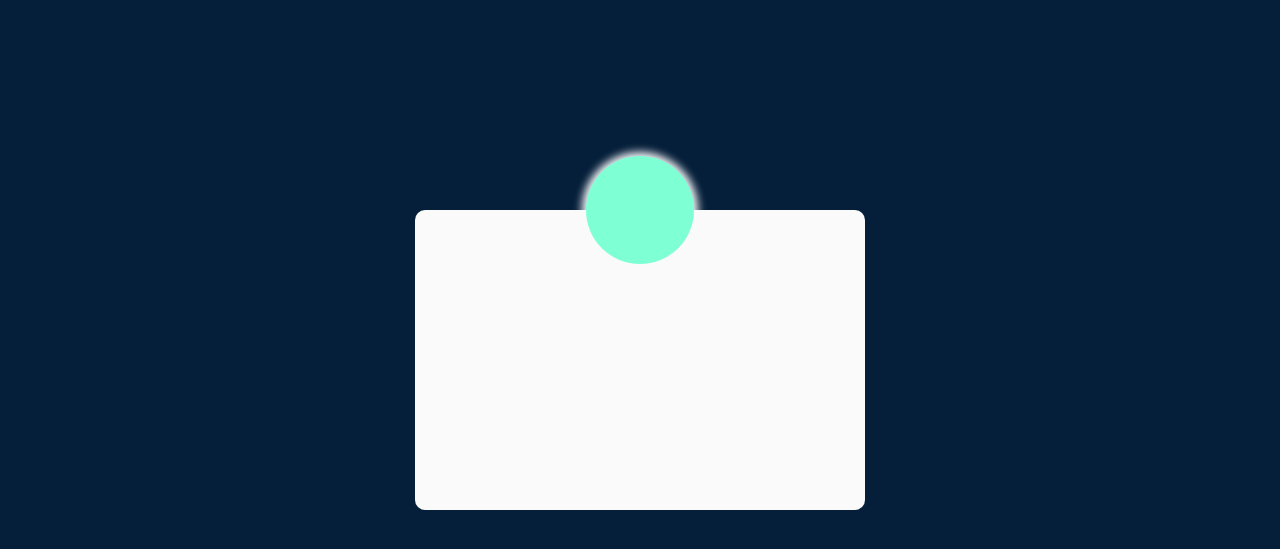
Repository: YTY11/vue_shop
Page: /login
These files come from the project's save history. The page is drawn as it stood at one moment and after the next save; the edit follows.
The browser window is 1280 px wide. The pictures show the whole page.
The project was rebuilt for these pictures with package versions that can differ from the ones it lists, and the page was loaded fresh each time. Also part of the build but not shown: vue.config.js.

Above is the page before, as saved 2021-09-28 15:49:05.

After the next save:
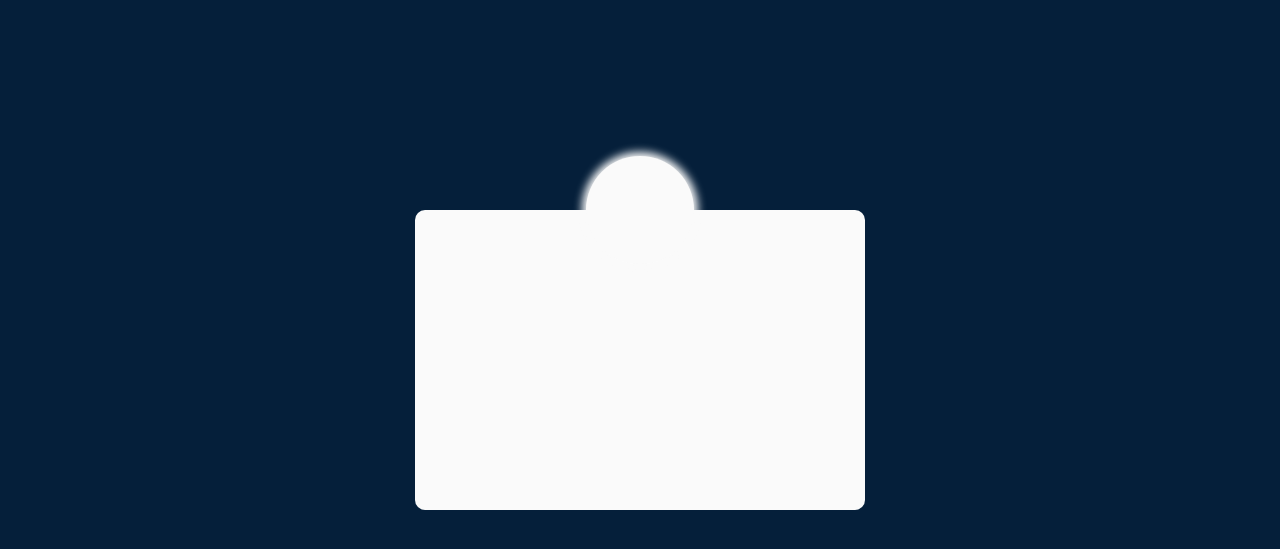
Saved 7 s later.
--- a/src/style/login/login.scss
+++ b/src/style/login/login.scss
@@ -19,7 +19,7 @@
       left: 50%;
       transform: translate(-50%,-50%);
       box-shadow: 0 0 9px 4px #fafafa;
-      background-color: aquamarine;
+      background-color: #fafafa;
     }
   }
 }
